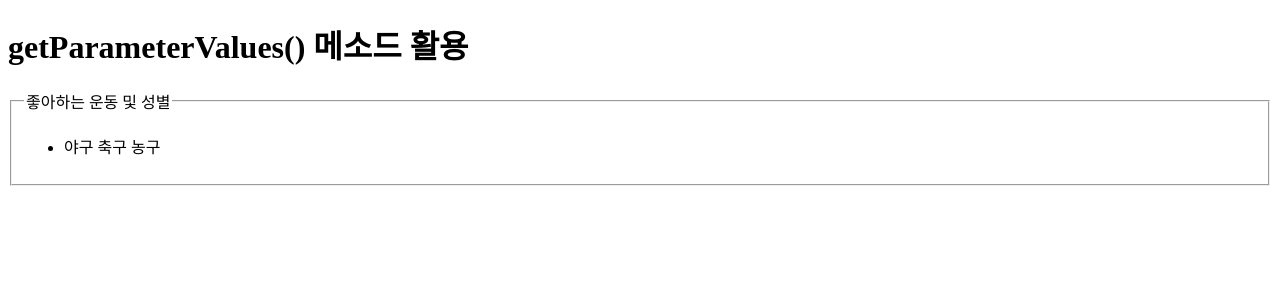
Repository: seminocoe/JSP_STUDY
Page: http://localhost/ServletProject/login/Sport.jsp
The author's editor kept a copy of each file at every save. The page is drawn from the files as they stood at one save, then again after the next save.
The browser window is 1280 px wide. The pictures show the whole page.
The page is served by Tomcat 9. Other server files are loaded and not shown.

Above is the page before, as saved 2022-07-29 01:53:23.

### ServletProject/src/main/webapp/login/Sport.jsp
<%@ page language="java" contentType="text/html; charset=UTF-8"
    pageEncoding="UTF-8"%>
<!DOCTYPE html>
<html>
<head>
<meta charset="UTF-8">
<title>취미와 성별</title>
</head>
<body>
	<h1>getParameterValues() 메소드 활용</h1>
	<form action="Sport" method="post">

	<fieldset>
		<legend><!-- 범례라는 뜻 --> 좋아하는 운동 및 성별</legend>
			<ul>
				<li>
					<label for="bassball">야구</label>
					<label for="football">축구</label>
					<label for="baskeball">농구</label>
				</li>
			</ul>
	</fieldset>
	</form>
</body>
</html>

After the next save:
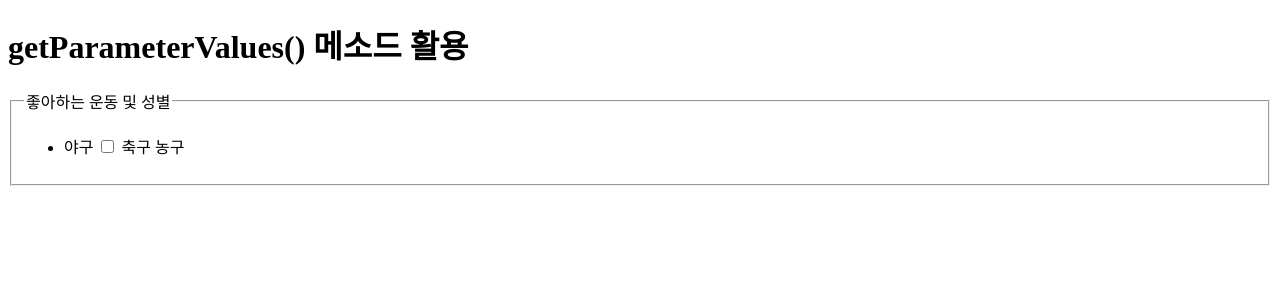
Saved 64 s later.
--- a/ServletProject/src/main/webapp/login/Sport.jsp
+++ b/ServletProject/src/main/webapp/login/Sport.jsp
@@ -15,6 +15,7 @@
 			<ul>
 				<li>
 					<label for="bassball">야구</label>
+					<input type="checkbox" name="sports" value="야구">
 					<label for="football">축구</label>
 					<label for="baskeball">농구</label>
 				</li>
